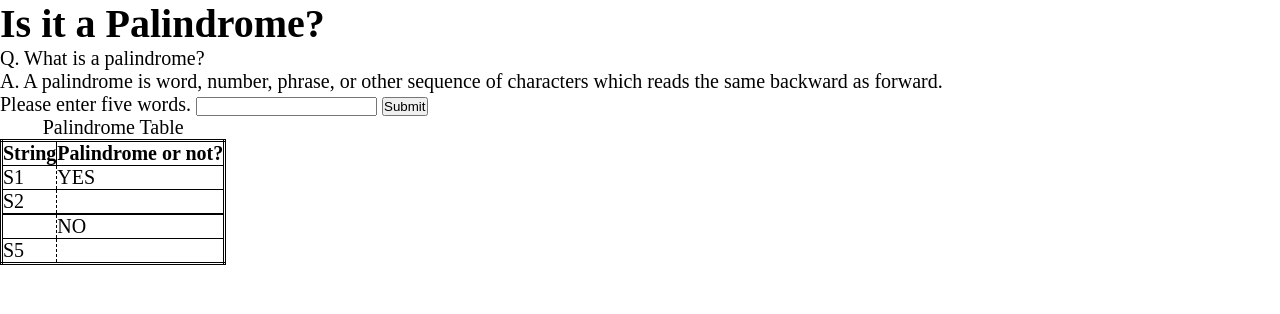
Repository: mlmEFSC21/P18-Palindrome-Table
Page: palindrome.html
An editor plug-in stored every save of this project. The page is shown before and after the next save, followed by the edit.
The browser window is 1280 px wide. The pictures show the whole page.

Above is the page before, as saved 2022-04-03 17:29:16.

### palindrome.html
<!DOCTYPE html>
<html lang="en">
    <head>
        <meta charset="UTF-8" />
        <meta http-equiv="X-UA-Compatible" content="IE=edge" />
        <meta name="viewport" content="width=device-width, initial-scale=1.0" />
        <link rel="stylesheet" href="palindrome.css" />
        <script defer src="palindrome.js"></script>
        <title>Palindrome Table</title>
    </head>
    <body>
        <header class="mainHeader">
            <h1>Is it a Palindrome?</h1>
        </header>
        <div>
            <p>Q. What is a palindrome?</p>
            <p>
                A. A palindrome is word, number, phrase, or other sequence of characters which reads
                the same backward as forward.
            </p>
        </div>
        <div class="mainContent">
            <div class="formContainer" id="formContainer">
                <form class="palindromeForm" id="palindromeForm">
                    <label for="stringInput">Please enter five words.</label>
                    <input
                        type="text"
                        name="stringInput"
                        class="stringInput"
                        id="stringInput"
                        required
                    />
                    <button type="submit" class="submit-btn" id="submit-btn">Submit</button>
                </form>
            </div>
            <div class="tableContainer" id="tableContainer">
                <table>
                    <caption>
                        Palindrome Table
                    </caption>
                    <thead>
                        <tr>
                            <th>String</th>
                            <th>Palindrome or not?</th>
                        </tr>
                    </thead>
                    <tbody>
                        <tr>
                            <td class="string">S1</td>
                            <td class="yes-no">YES</td>
                        </tr>
                        <tr>
                            <td class="string">S2</td>
                            <td class="yes-no"></td>
                        </tr>
                        <tr>
                            <td class="string"></td>
                            <td class="yes-no"></td>
                        </tr>
                        <tr>
                            <td class="string"></td>
                            <td class="yes-no">NO</td>
                        </tr>
                        <tr>
                            <td class="string">S5</td>
                            <td class="yes-no"></td>
                        </tr>
                    </tbody>
                </table>
            </div>
        </div>
    </body>
</html>

### palindrome.css
*,
*::after,
*::before {
    box-sizing: border-box;
    margin: 0;
    padding: 0;
}
body {
    font-size: 1.25rem;
}
table {
    border-collapse: collapse;
    border: 3px double black;
}
th,
tr {
    border: 1px solid black;
}
td {
    border: 1px dashed black;
}

Loaded but not shown: palindrome.js (no stored copy; drawn as an empty file)

After the next save:
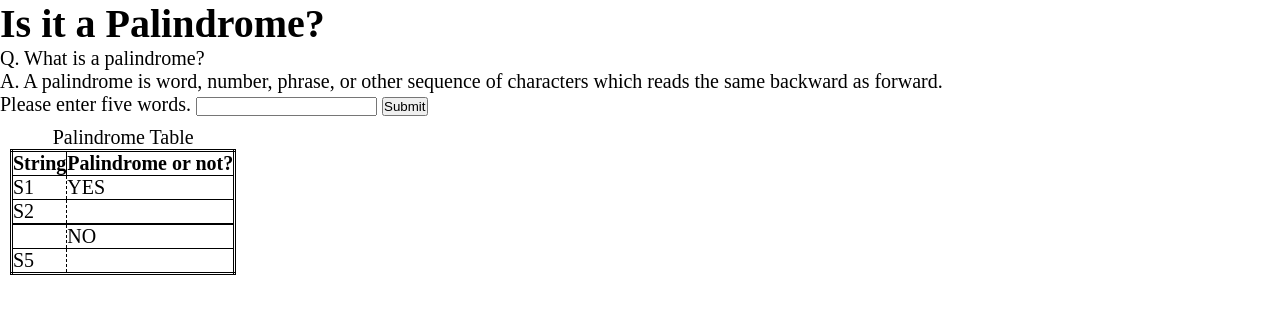
Saved 50 s later.
--- a/palindrome.css
+++ b/palindrome.css
@@ -11,6 +11,8 @@ body {
 table {
     border-collapse: collapse;
     border: 3px double black;
+    margin: 10px;
+    padding: 10px;
 }
 th,
 tr {
